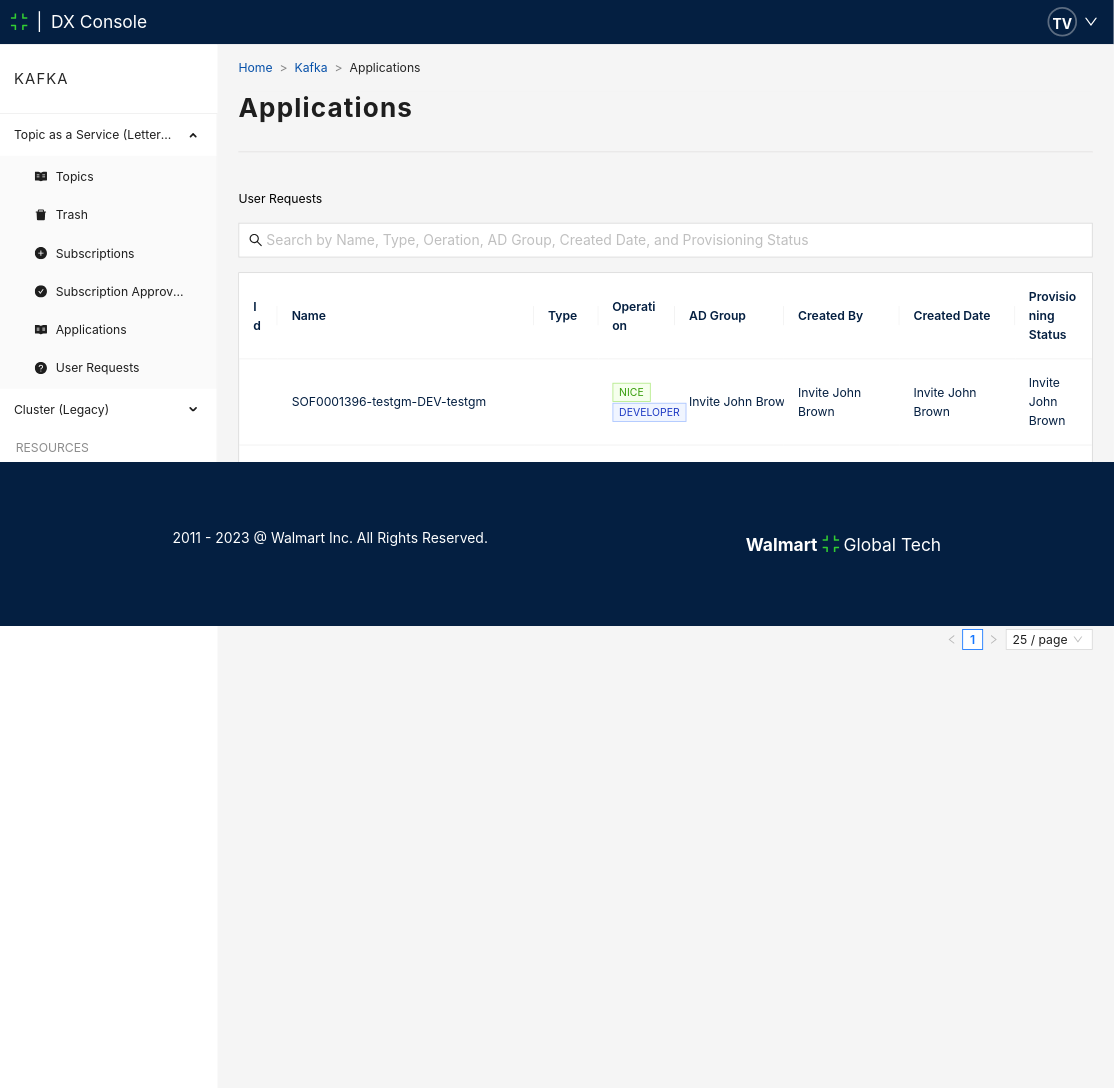
Repository: Qianying-Chai/kafka
Page: /kafka/requests
An editor plug-in stored every save of this project. The page is shown before and after the next save, followed by the edit.
The browser window is 1280 px wide. The pictures show the whole page, at 87% of full size.
The project was rebuilt for these pictures with package versions that can differ from the ones it lists, and the page was loaded fresh each time. Also part of the build but not shown: src/pages/Components/ComponentsContent.jsx, src/pages/Taas/Topics/Topics.jsx, src/pages/Taas/Trash/Style/Trash.css, src/pages/Taas/Trash/Trash.jsx, src/pages/Taas/SubscriptionApprovals/SubscriptionApprovals.jsx, src/pages/Taas/Subscriptions/SubscriptionsNonProxy/SubscriptionsNonProxy.jsx, src/pages/Taas/Subscriptions/SubscriptionsProxy/SubscriptionsProxy.jsx, src/pages/Taas/Applications/Applications.jsx and 7 more.

Above is the page before, as saved 2024-01-12 22:46:26.

After the next save:
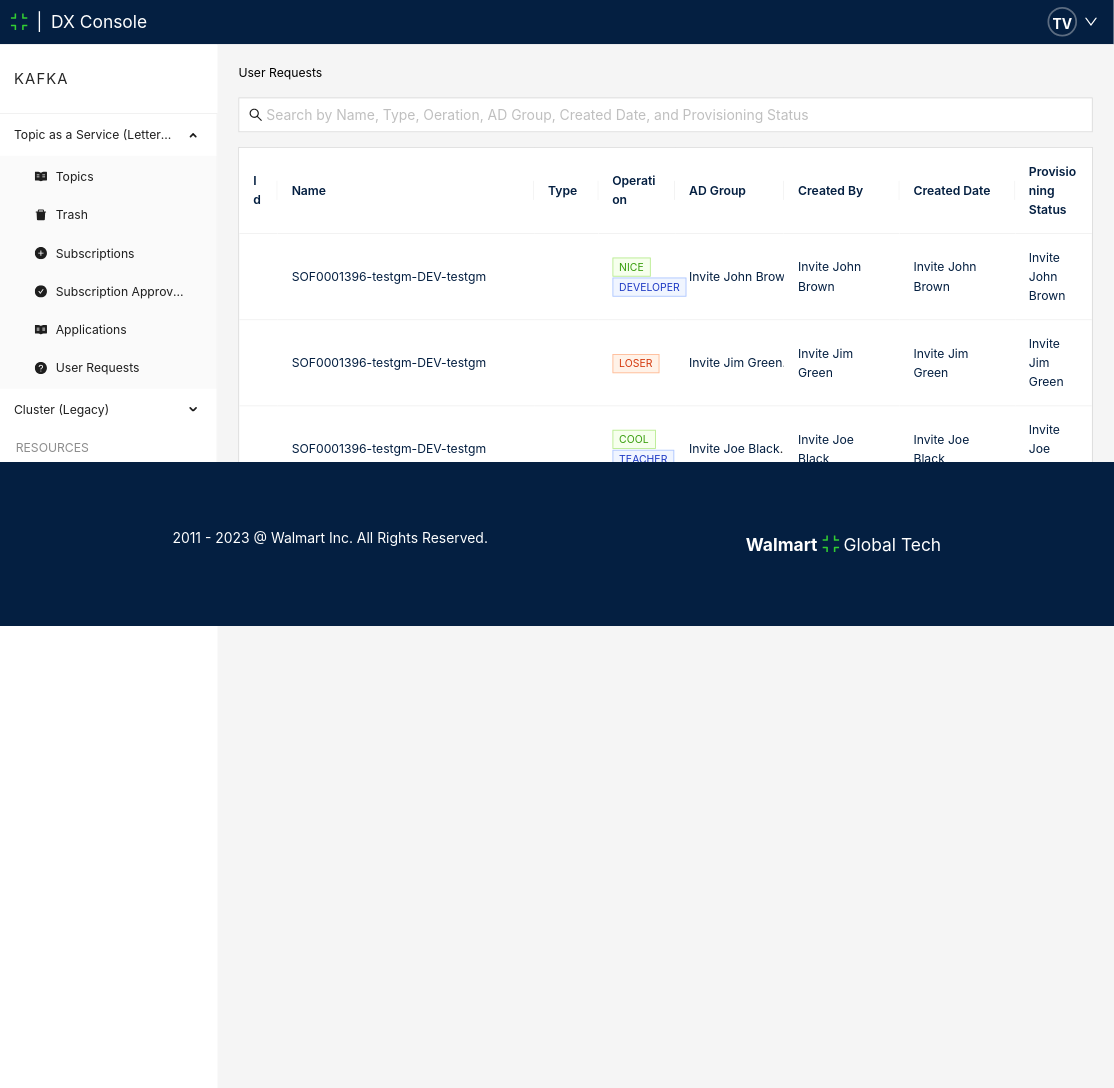
Saved 115 s later.
--- a/src/pages/Taas/UserRequests/UserRequests.jsx
+++ b/src/pages/Taas/UserRequests/UserRequests.jsx
@@ -125,7 +125,7 @@
   ];
   return (
     <>
-      <div>
+      {/* <div>
         <ComponentsBreadcrumb
           items={[
             {
@@ -151,7 +151,7 @@
         }
       />
       <ComponentsTable columns={columns} data={data} />
-      <ComponentsPagination defaultPageSize={25} total={25} />
+      <ComponentsPagination defaultPageSize={25} total={25} /> */}
       {/* </ComponentsTi> */}
     </>
   );
